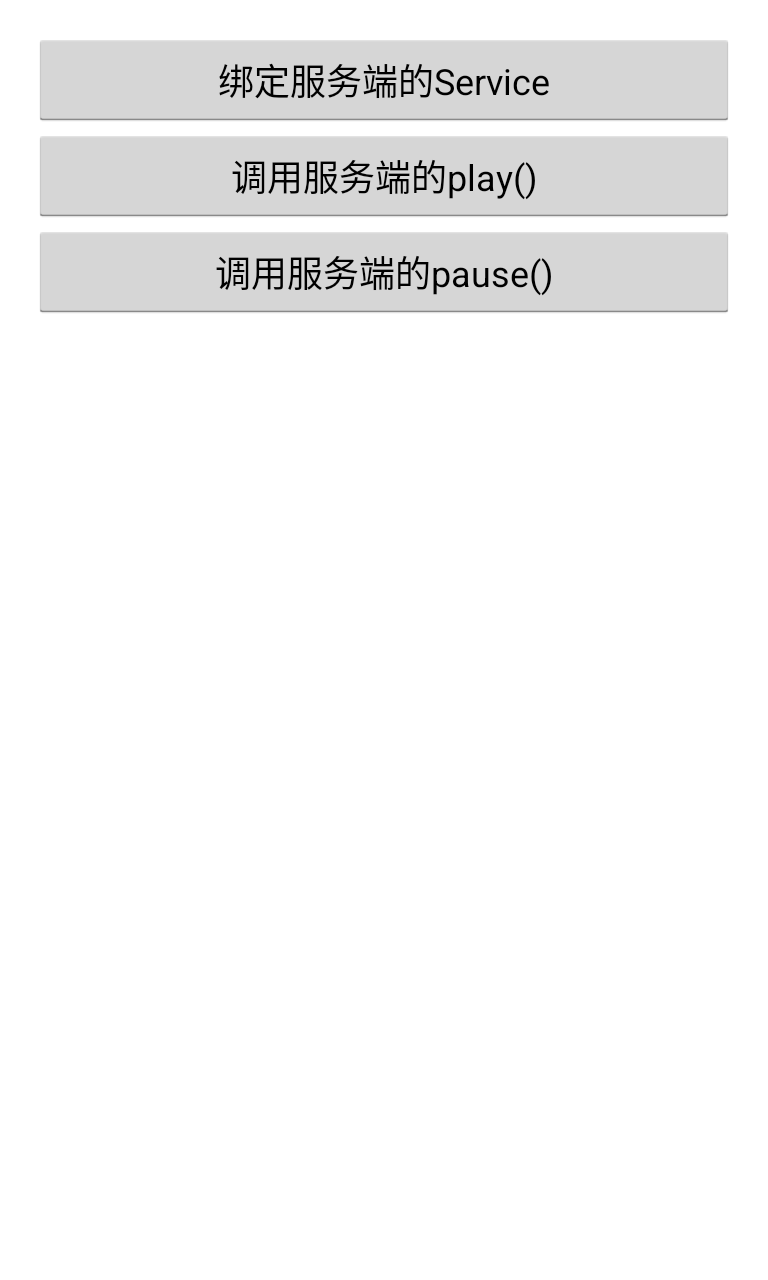
Repository: xuelang201201/Android
Layout: Android基础/跨进程绑定Service-客户端/res/layout/activity_main.xml
These files come from the project's save history. The layout is drawn as it stood at one moment and after the next save; the edit follows.
It is drawn on a 768 x 1280 px phone screen (xhdpi) without system bars, with theme AppTheme; the app's code is not run.

Above is the layout before, as saved 2016-02-15 12:18:50.

### Android基础/跨进程绑定Service-客户端/res/layout/activity_main.xml
<RelativeLayout xmlns:android="http://schemas.android.com/apk/res/android"
    xmlns:tools="http://schemas.android.com/tools"
    android:layout_width="match_parent"
    android:layout_height="match_parent"
    android:paddingBottom="@dimen/activity_vertical_margin"
    android:paddingLeft="@dimen/activity_horizontal_margin"
    android:paddingRight="@dimen/activity_horizontal_margin"
    android:paddingTop="@dimen/activity_vertical_margin"
    tools:context=".MainActivity" >

    <Button
        android:id="@+id/btn_bind_service"
        android:layout_width="match_parent"
        android:layout_height="wrap_content"
        android:layout_alignParentLeft="true"
        android:layout_alignParentTop="true"
        android:text="绑定服务端的Service" />

    <Button
        android:id="@+id/btn_call_play"
        android:layout_width="match_parent"
        android:layout_height="wrap_content"
        android:layout_alignLeft="@+id/btn_bind_service"
        android:layout_below="@+id/btn_bind_service"
        android:text="调用服务端的play()" />

    <Button
        android:id="@+id/btn_call_pause"
        android:layout_width="match_parent"
        android:layout_height="wrap_content"
        android:layout_alignLeft="@+id/btn_call_play"
        android:layout_below="@+id/btn_call_play"
        android:text="调用服务端的pause()" />

</RelativeLayout>

Loaded but not shown: Android基础/跨进程绑定Service-客户端/res/values/styles.xml (common file); Android基础/跨进程绑定Service-客户端/res/values-v11/styles.xml (common file); Android基础/跨进程绑定Service-客户端/res/values-v14/styles.xml (common file); Android基础/跨进程绑定Service-客户端/res/values/dimens.xml (common file)

After the next save:
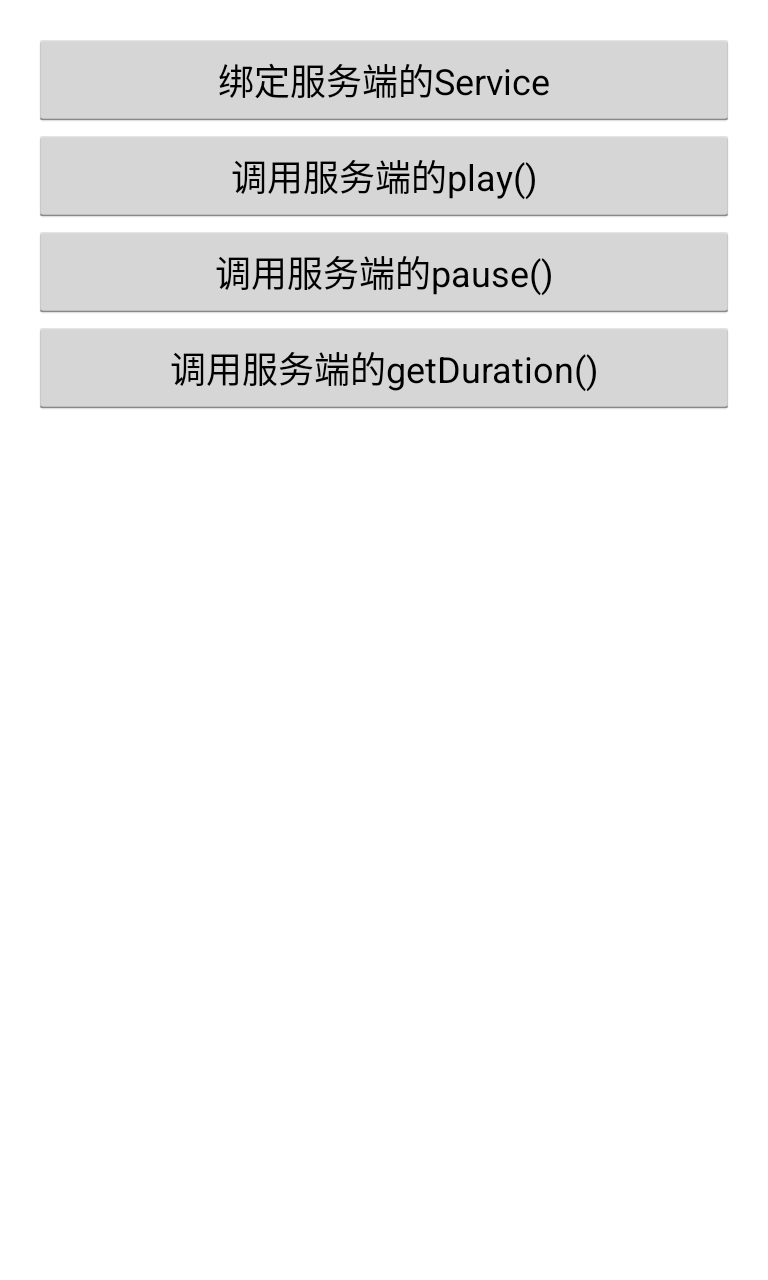
Saved 5 min 59 s later.
--- a/Android基础/跨进程绑定Service-客户端/res/layout/activity_main.xml
+++ b/Android基础/跨进程绑定Service-客户端/res/layout/activity_main.xml
@@ -32,4 +32,12 @@
         android:layout_below="@+id/btn_call_play"
         android:text="调用服务端的pause()" />
 
+    <Button
+        android:id="@+id/btn_call_get_duration"
+        android:layout_width="match_parent"
+        android:layout_height="wrap_content"
+        android:layout_alignParentLeft="true"
+        android:layout_below="@+id/btn_call_pause"
+        android:text="调用服务端的getDuration()" />
+
 </RelativeLayout>
